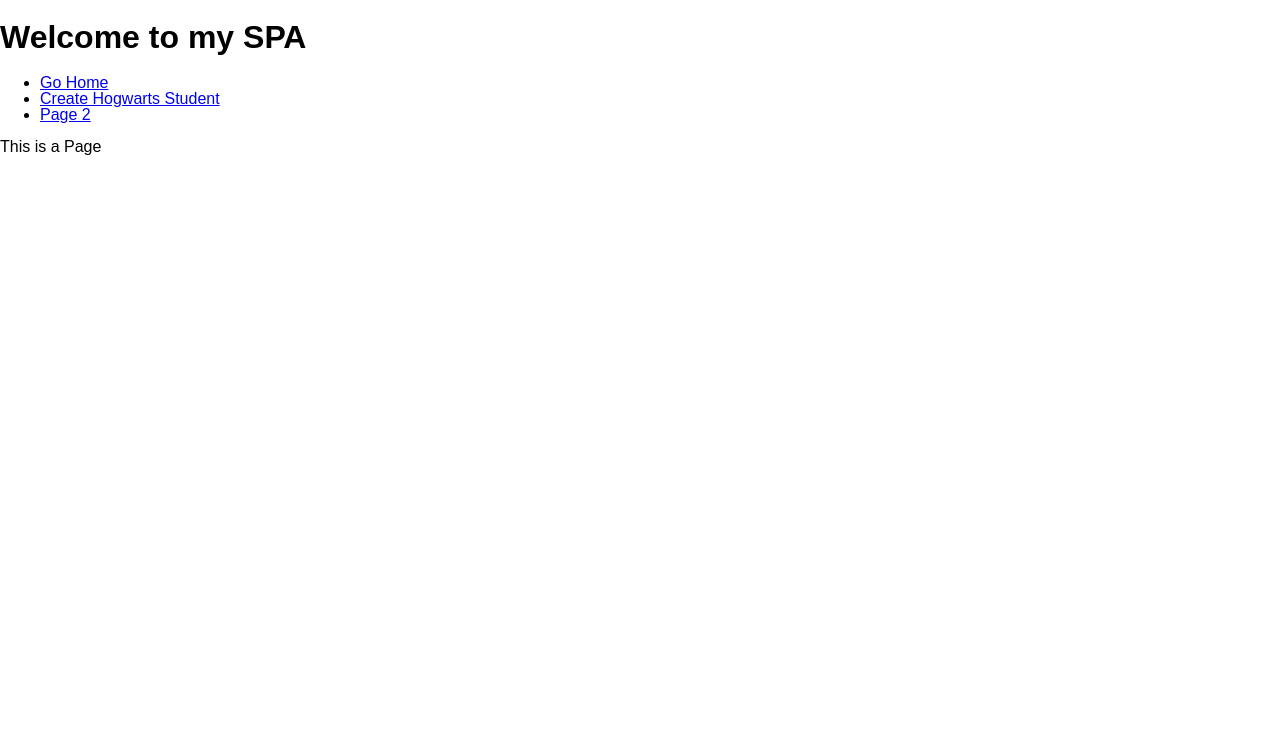
Repository: rh1456/harry-potter-front-end
Page: /student/new
These files come from the project's save history. The page is drawn as it stood at one moment and after the next save; the edit follows.
The browser window is 1280 px wide. The pictures show the whole page.
The project was rebuilt for these pictures with package versions that can differ from the ones it lists, and the page was loaded fresh each time. Also part of the build but not shown: src/pages/Page.jsx, src/pages/Page2.jsx, src/components/HelloWorld.jsx, src/pages/HomePage.jsx, src/pages/NotFound.jsx.

Above is the page before, as saved 2020-01-04 19:31:14.

After the next save:
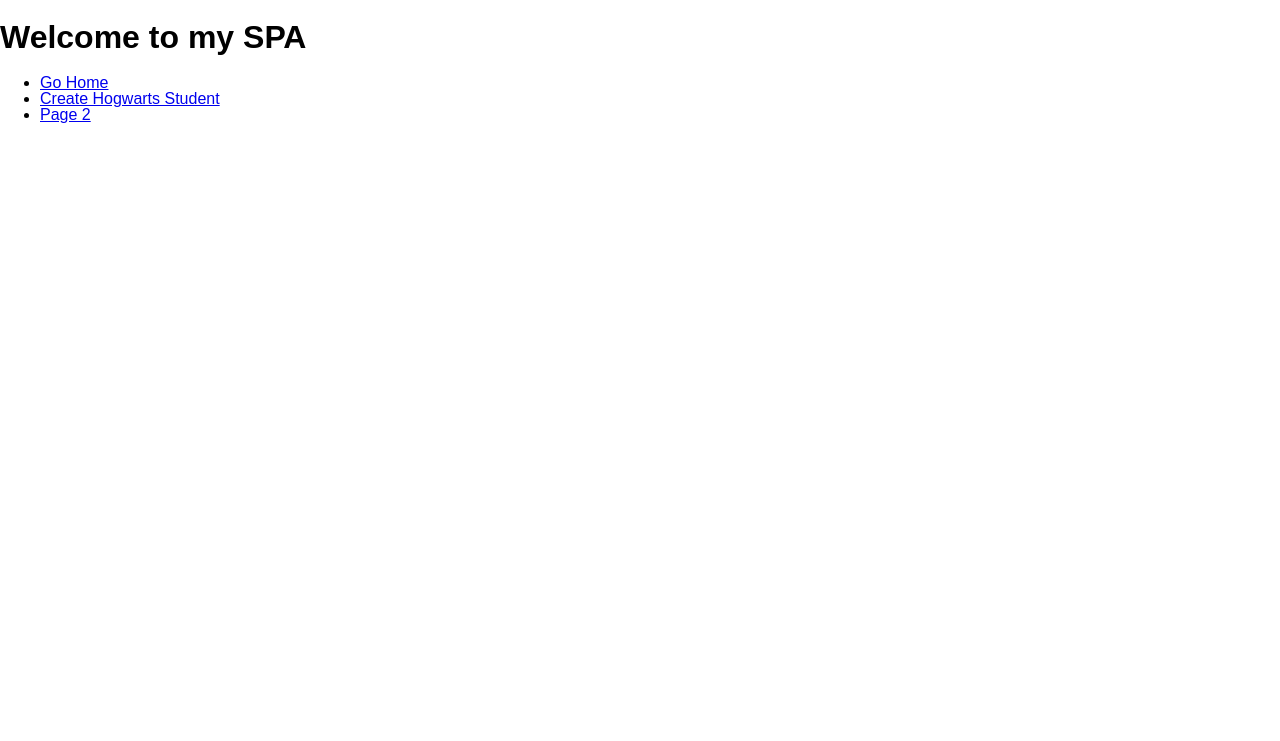
Saved 26 s later.
--- a/src/pages/NewStudent.jsx
+++ b/src/pages/NewStudent.jsx
@@ -1,7 +1,7 @@
 import React from 'react'
 
-const Page = () => {
-  return <div>This is a Page</div>
+const NewStudent = () => {
+  return <div></div>
 }
 
-export default Page
+export default NewStudent
